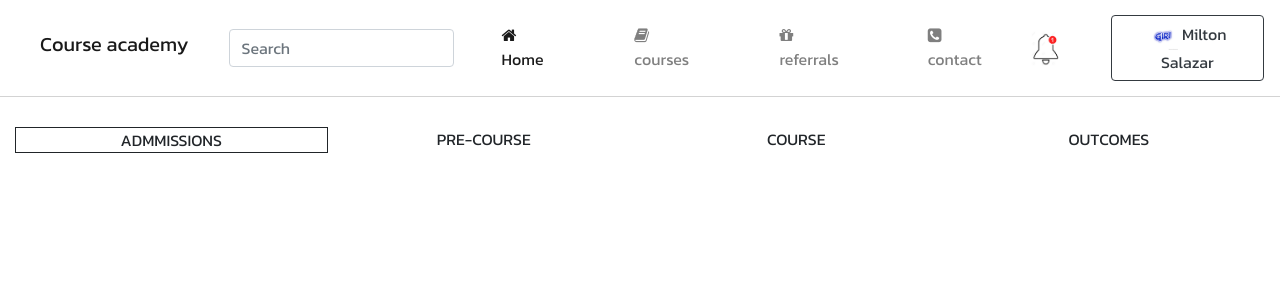
Repository: giribabu1997/html-layout
Page: task.html
An editor plug-in stored every save of this project. The page is shown before and after a run of saves, followed by the edit.
The browser window is 1280 px wide. The pictures show the whole page.

Above is the page before, as saved 2019-06-24 09:16:02.

After the next 3 saves:
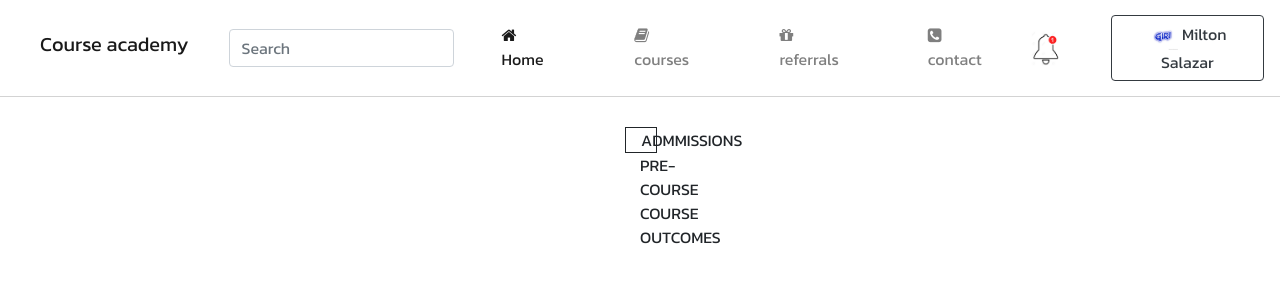
The 3 saves are shown as one change because they came seconds apart.
The last was saved 9 s later.
--- a/task.html
+++ b/task.html
@@ -69,7 +69,7 @@
             </div>
         </nav>
     </div>
-    <div class="container-fluid" style="padding: 30px; text-align: center; ">
+    <div class="container-fluid" style="padding: 30px; text-align: center; width: 10px">
         <div class="row">
             <div class="col-sm-3" style="border: 1px solid">
               <h> ADMMISSIONS</h>

After the save that followed:
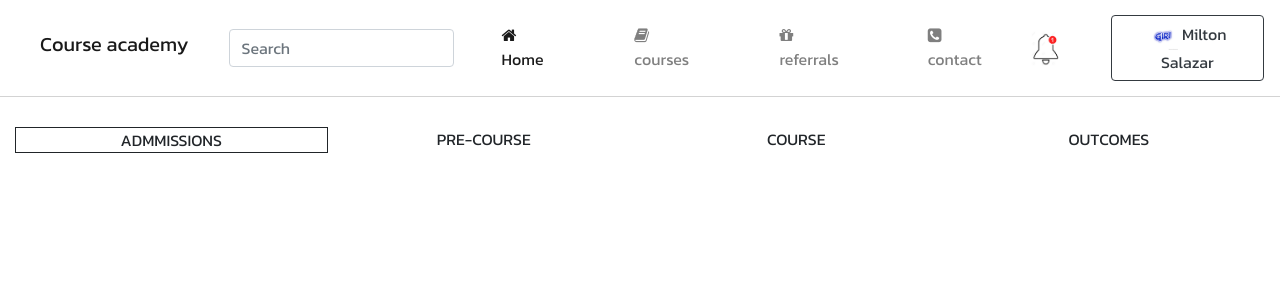
Saved 8 s later.
--- a/task.html
+++ b/task.html
@@ -69,7 +69,7 @@
             </div>
         </nav>
     </div>
-    <div class="container-fluid" style="padding: 30px; text-align: center; width: 10px">
+    <div class="container-fluid" style="padding: 30px; text-align: center;">
         <div class="row">
             <div class="col-sm-3" style="border: 1px solid">
               <h> ADMMISSIONS</h>
